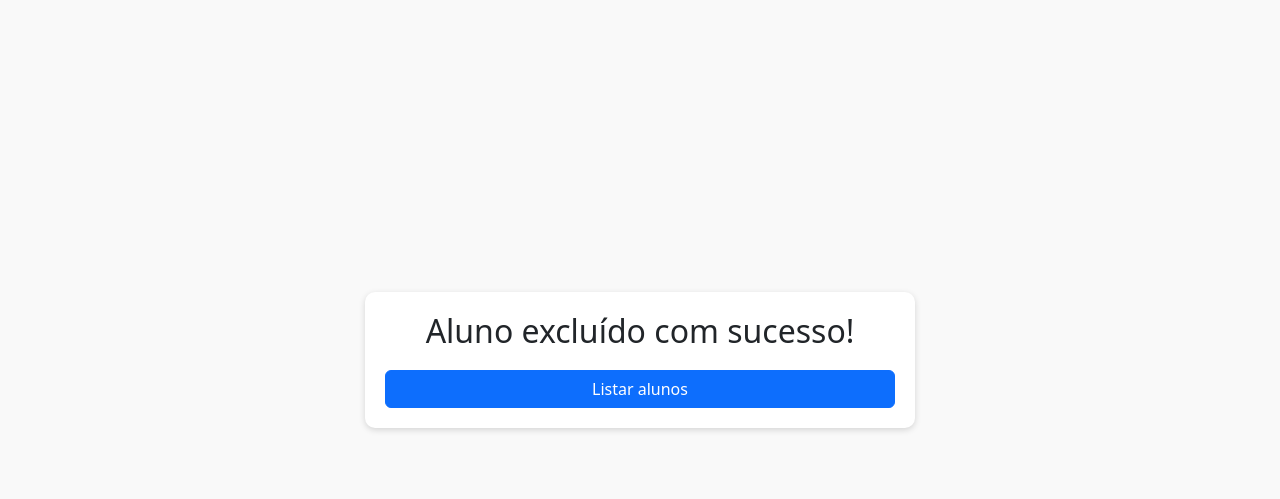
Repository: juliatbarbosa/CRUD-ALUNOS
Page: http://localhost/OlaMundo/alunos/cadastrobean/excluir.jsp
An editor plug-in stored every save of this project. The page is shown before and after the next save, followed by the edit.
The browser window is 1280 px wide. The pictures show the whole page.
The page is served by Tomcat 9.

Above is the page before, as saved 2024-10-01 23:09:37.

### OlaMundo/src/main/webapp/alunos/cadastrobean/excluir.jsp
<%@ page language="java" contentType="text/html; charset=UTF-8"
    pageEncoding="UTF-8"%>
<!DOCTYPE html>
<html>
<head>
<meta charset="UTF-8">
<title>Excluir</title>
<link href="https://cdn.jsdelivr.net/npm/bootstrap@5.3.3/dist/css/bootstrap.min.css" rel="stylesheet" integrity="sha384-QWTKZyjpPEjISv5WaRU9OFeRpok6YctnYmDr5pNlyT2bRjXh0JMhjY6hW+ALEwIH" crossorigin="anonymous">
<link href="https://cdn.jsdelivr.net/npm/bootstrap-icons/font/bootstrap-icons.css" rel="stylesheet">
<style>
	body {
		display: flex;
		justify-content: center;
		align-items: center;
		height: 100vh;
		background-color: #f9f9f9;
	}

	.conteudoTela {
	background-color: white;
	padding: 20px;
	border-radius: 10px;
	box-shadow: 0 2px 6px 0px rgba(0, 0, 0, 0.15);
	width: 550px
	}

	h1 {
	margin-bottom:20px;
	text-align: center;
	font-size: 32px;
	}


	.botoes {
    display: flex;
    flex-direction: column;
	gap: 20px;
	}
</style>
</head>
<body>
	<jsp:useBean id="a" class="org.alunos.Aluno" scope="page"/>
	<jsp:useBean id="adao" class="org.alunos.AlunoDAO" scope="page"/>
	<jsp:setProperty property="*" name="a"/>

	${adao.excluir(a)}

	<div class="conteudoTela">
		<h1>Aluno excluído com sucesso!</h1>

		<div class="botoes">
				<button type="button" class="btn btn-primary" onclick="window.loca
				tion.href='index.jsp';">
					Listar alunos
				</button>
		</div>
	</div>
	<script src="https://cdn.jsdelivr.net/npm/bootstrap@5.3.3/dist/js/bootstrap.bundle.min.js" integrity="sha384-YvpcrYf0tY3lHB60NNkmXc5s9fDVZLESaAA55NDzOxhy9GkcIdslK1eN7N6jIeHz" crossorigin="anonymous"></script>
</body>
</html>

### OlaMundo/src/main/java/org/alunos/Aluno.java
package org.alunos;

public class Aluno {

	private int idaluno;
	private String nome;
	private String telefone;
	private String email;
	private String curso;

	public int getIdaluno() {
		return idaluno;
	}

	public void setIdaluno(int idaluno) {
		this.idaluno = idaluno;
	}

	public String getNome() {
		return nome;
	}

	public void setNome(String nome) {
		this.nome = nome;
	}

	public String getTelefone() {
		return telefone;
	}

	public void setTelefone(String telefone) {
		this.telefone = telefone;
	}

	public String getEmail() {
		return email;
	}

	public void setEmail(String email) {
		this.email = email;
	}

	public String getCurso() {
		return curso;
	}

	public void setCurso(String curso) {
		this.curso = curso;
	}

	public String toString() {
		return "";
	}
}

### OlaMundo/src/main/java/org/alunos/AlunoDAO.java
package org.alunos;

import java.sql.PreparedStatement;
import java.sql.ResultSet;
import java.sql.Statement;
import java.util.LinkedList;
public class AlunoDAO {

	public void salvar(Aluno a) {
		if (a.getIdaluno() > 0) {
			alterar(a);
		} else {
			inserir(a);
		}
	}

	public void criarTabela() {
	    Conexao con = new Conexao();
	    try {
	        String sql = "CREATE TABLE IF NOT EXISTS aluno ("
	                + "idaluno INT PRIMARY KEY AUTO_INCREMENT,"
	                + "`nome` TEXT,"
	                + "telefone TEXT,"
	                + "email TEXT,"
	                + "curso TEXT)";
	        PreparedStatement prep = con.getConnection().prepareStatement(sql);
	        prep.execute();
	    } catch (Exception e) {
	        e.printStackTrace();
	    } finally {
	        con.desconecta();
	    }
	}


	public void inserir(Aluno a) {
		//lista.add(p);

		Conexao con = new Conexao();
		try {
			String sql = "INSERT INTO aluno (nome, telefone, email, curso)"
					+ "VALUES (?,?,?,?)";
			PreparedStatement prep = con.getConnection().prepareStatement(sql);
			prep.setString(1, a.getNome());
			prep.setString(2, a.getTelefone());
			prep.setString(3, a.getEmail());
			prep.setString(4, a.getCurso());
			prep.execute();
			} catch (Exception e) {
			e.printStackTrace();
		}

		con.desconecta();
	}

	public LinkedList<Aluno> listar() {
		LinkedList<Aluno> lista = new LinkedList<Aluno>();
		Conexao con = new Conexao();
		try {
			String sql = "SELECT * FROM aluno";
			Statement sta = con.getConnection().createStatement();
			ResultSet res = sta.executeQuery(sql);
			while (res.next()) {
				Aluno a = new Aluno();
				a.setIdaluno(res.getInt("idaluno"));
				a.setNome(res.getString("nome"));
				a.setTelefone(res.getString("telefone"));
				a.setEmail(res.getString("email"));
				a.setCurso(res.getString("curso"));
				lista.add(a);
			}
		} catch (Exception e) {
			e.printStackTrace();
		}

		con.desconecta();
		return lista;
	}

	public void alterar(Aluno a) {
		Conexao con = new Conexao();
		try {
			String sql = "UPDATE aluno SET "
					+ " nome = ?, telefone = ?, "
					+ "email = ?, curso = ?"
					+ "WHERE idaluno = ?";
			PreparedStatement prep = con.getConnection().prepareStatement(sql);
			prep.setString(1, a.getNome());
			prep.setString(2, a.getTelefone());
			prep.setString(3, a.getEmail());
			prep.setString(4, a.getCurso());
			prep.setInt(5, a.getIdaluno());
			prep.execute();
			} catch (Exception e) {
			e.printStackTrace();
		}
		con.desconecta();
	}

	public void excluir(Aluno a) {
		Conexao con = new Conexao();
		try {
			String sql = "DELETE FROM aluno "
					+ "WHERE idaluno = ?";
			PreparedStatement prep = con.getConnection().prepareStatement(sql);
			prep.setInt(1, a.getIdaluno());
			prep.execute();
			} catch (Exception e) {
			e.printStackTrace();
		}
		con.desconecta();
	}

	public Aluno consultar(int id) {
		Aluno a = new Aluno();
		Conexao con = new Conexao();
		try {
			String sql = "SELECT * FROM aluno WHERE idaluno = " + id;
			Statement sta = con.getConnection().createStatement();
			ResultSet res = sta.executeQuery(sql);
			while (res.next()) {
				a.setIdaluno(res.getInt("idaluno"));
				a.setNome(res.getString("nome"));
				a.setTelefone(res.getString("telefone"));
				a.setEmail(res.getString("email"));
				a.setCurso(res.getString("curso"));
			}
		} catch (Exception e) {
			e.printStackTrace();
		}

		con.desconecta();
		return a;
	}

}

### OlaMundo/src/main/java/org/alunos/Conexao.java
package org.alunos;

import java.sql.Connection;
import java.sql.DriverManager;

public class Conexao {
	private Connection connection;

	public Conexao() {
		try {
			Class.forName("com.mysql.cj.jdbc.Driver");
			// abre conexão com o banco de dados
			connection = DriverManager.getConnection("jdbc:mysql://54.91.193.137:3306/"
			+ "libertas5per?verifyServerCertificate=false&useSSL=false", "libertas", "123456");
		} catch (Exception e) {
			e.printStackTrace();
		}
	}

	public void desconecta() {
		try {
			connection.close();
		} catch (Exception e) {
			e.printStackTrace();
		}
	}

	public Connection getConnection() {
		return connection;
	}

	public void setConnection(Connection connection) {
		this.connection = connection;
	}

}

After the next save:
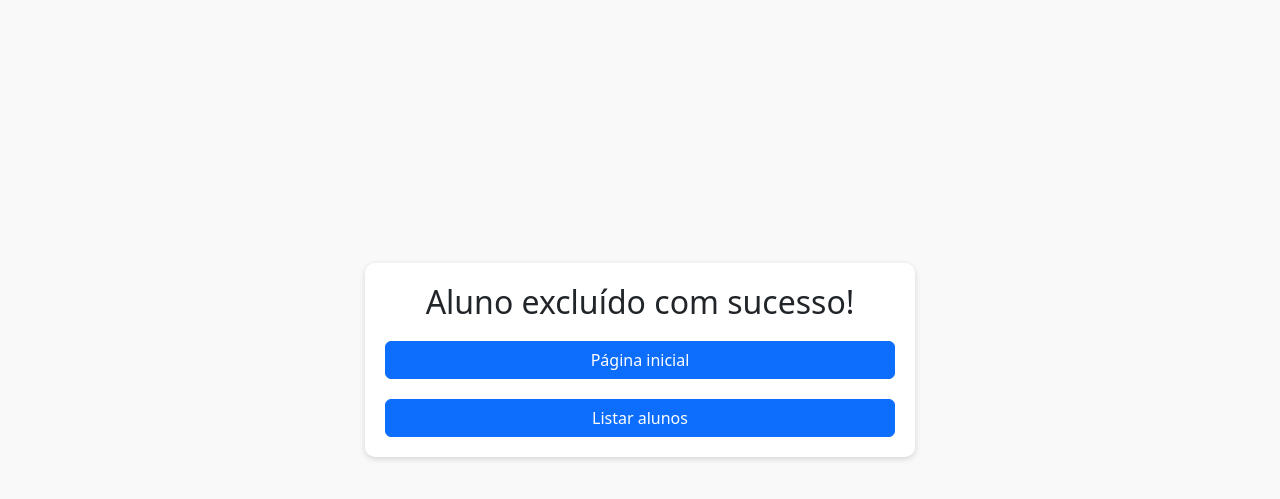
Saved 4 s later.
--- a/OlaMundo/src/main/webapp/alunos/cadastrobean/excluir.jsp
+++ b/OlaMundo/src/main/webapp/alunos/cadastrobean/excluir.jsp
@@ -49,8 +49,10 @@
 		<h1>Aluno excluído com sucesso!</h1>
 
 		<div class="botoes">
-				<button type="button" class="btn btn-primary" onclick="window.loca
-				tion.href='index.jsp';">
+				<button type="button" class="btn btn-primary" onclick="window.location.href='index.jsp';">
+					Página inicial
+				</button>
+				<button type="button" class="btn btn-primary" onclick="window.location.href='listar.jsp';">
 					Listar alunos
 				</button>
 		</div>
